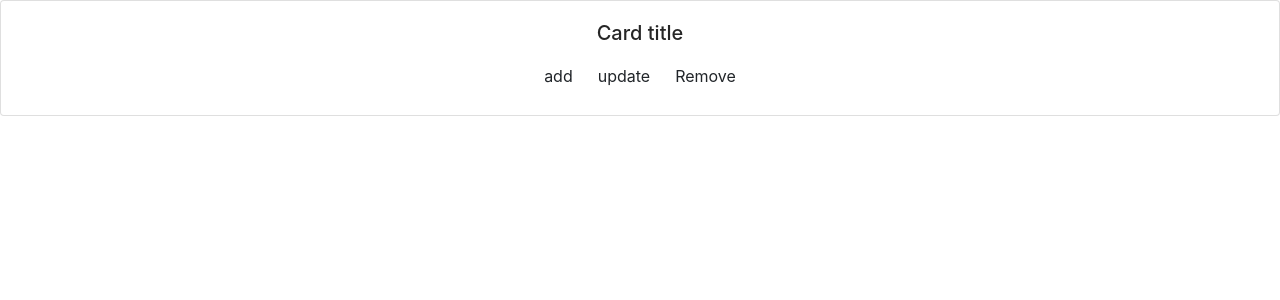
Repository: busiui/react
Page: /
These files come from the project's save history. The page is drawn as it stood at one moment and after the next save; the edit follows.
The browser window is 1280 px wide. The pictures show the whole page.
The project was rebuilt for these pictures with package versions that can differ from the ones it lists, and the page was loaded fresh each time.

Above is the page before, as saved 2020-03-18 20:59:40.

### public/index.html
<!DOCTYPE html>
<html lang="en">

<head>
  <meta charset="utf-8" />
  <link rel="icon" href="%PUBLIC_URL%/favicon.ico" />
  <meta name="viewport" content="width=device-width, initial-scale=1" />
  <meta name="theme-color" content="#000000" />
  <meta name="description" content="Web site created using create-react-app" />
  <link rel="apple-touch-icon" href="%PUBLIC_URL%/logo192.png" />
  <!--
      manifest.json provides metadata used when your web app is installed on a
      user's mobile device or desktop. See https://developers.google.com/web/fundamentals/web-app-manifest/
    -->
  <link rel="manifest" href="%PUBLIC_URL%/manifest.json" />
  <!--
      Notice the use of %PUBLIC_URL% in the tags above.
      It will be replaced with the URL of the `public` folder during the build.
      Only files inside the `public` folder can be referenced from the HTML.

      Unlike "/favicon.ico" or "favicon.ico", "%PUBLIC_URL%/favicon.ico" will
      work correctly both with client-side routing and a non-root public URL.
      Learn how to configure a non-root public URL by running `npm run build`.
    -->
  <title>React App</title>
  <script src="https://cdn.jsdelivr.net/npm/jquery@1.12.4/dist/jquery.min.js"></script>
  <link rel="stylesheet" href="https://cdn.jsdelivr.net/npm/bootstrap@4.4.1/dist/css/bootstrap.min.css" integrity="sha384-Vkoo8x4CGsO3+Hhxv8T/Q5PaXtkKtu6ug5TOeNV6gBiFeWPGFN9MuhOf23Q9Ifjh" crossorigin="anonymous">
  <script src="https://cdn.jsdelivr.net/npm/bootstrap@4.4.1/dist/js/bootstrap.min.js" integrity="sha384-wfSDF2E50Y2D1uUdj0O3uMBJnjuUD4Ih7YwaYd1iqfktj0Uod8GCExl3Og8ifwB6" crossorigin="anonymous"></script>

  <script src="./busiui.js"></script>
</head>

<body>
  <noscript>You need to enable JavaScript to run this app.</noscript>
  <div id="root"></div>
  <!--
      This HTML file is a template.
      If you open it directly in the browser, you will see an empty page.

      You can add webfonts, meta tags, or analytics to this file.
      The build step will place the bundled scripts into the <body> tag.

      To begin the development, run `npm start` or `yarn start`.
      To create a production bundle, use `npm run build` or `yarn build`.
    -->
  <!-- <div class="input-group">
    <span class="input-group-addon" id="basic-addon1">@</span>
    <input type="text" class="form-control" placeholder="Username" aria-describedby="basic-addon1">
  </div> -->
</body>

</html>

### src/index.js
import React from 'react';
import ReactDOM from 'react-dom';
import './index.css';
import App from './App';
import * as serviceWorker from './serviceWorker';
// import { Button, DatePicker, version } from "antd";
import "antd/dist/antd.css";
import "./index.css";

ReactDOM.render(
    <div className="App">
        <App></App>
        {/* <h1>antd version: {version}</h1>
        <DatePicker />
        <Button type="primary" style={{ marginLeft: 8 }}>
            Primary Button
    </Button> */}
    </div>,
    document.getElementById("root")
);

// If you want your app to work offline and load faster, you can change
// unregister() to register() below. Note this comes with some pitfalls.
// Learn more about service workers: https://bit.ly/CRA-PWA
serviceWorker.unregister();

### src/App.js
import React, { Component } from 'react';
// import { Link } from 'react-router-dom';
// import logo from './logo.svg';
import './App.css';
// import 'bootstrap/dist/css/bootstrap.min.css';
// import 'bootstrap/dist/js/bootstrap';

class App extends Component {
  render() {
    return (
      <div class="card">
        <div className="card-body">
        <h5 class="card-title">Card title</h5>
          {/* <div class="input-group">
          <span class="input-group-addon">$</span>
          <input type="text" class="form-control" aria-label="Amount (to the nearest dollar)" />
          <span class="input-group-addon">.00</span>
        </div>
        <div class="btn-group">
          <button type="button" class="btn btn-default dropdown-toggle" data-toggle="dropdown" aria-haspopup="true" aria-expanded="false">
            Action <span class="caret"></span>
          </button>
          <ul class="dropdown-menu">
            <li><a href="#">Action</a></li>
            <li><a href="#">Another action</a></li>
            <li><a href="#">Something else here</a></li>
            <li role="separator" class="divider"></li>
            <li><a href="#">Separated link</a></li>
          </ul>
        </div> */}
          <div class="btn-group" role="group" aria-label="...">
            <button type="button" class="btn btn-default add" >add</button>
            <button type="button" class="btn btn-default update">update</button>
            <button type="button" class="btn btn-default remove">Remove</button>
          </div>
        </div>
        {/* <Link  to="/home"/> */}
      </div>
    );
  }

  componentDidMount() {
    //页面渲染结束后初始化busiUI框架
    if (typeof window['busiUiInit'] === 'function') {
      const card = document.querySelector('.card');
      window['busiUiInit'](card);
    }
  }
}

export default App;

Loaded but not shown: src/index.css (common file); src/serviceWorker.js (common file); src/App.css (common file); public/busiui.js (library)

After the next save:
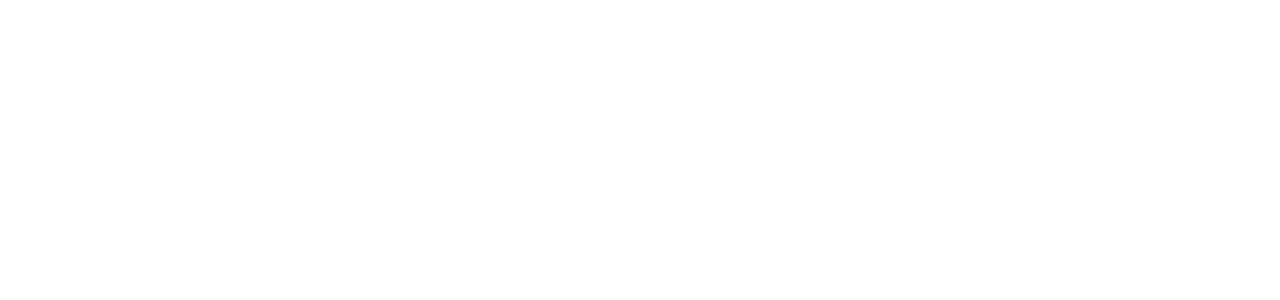
Saved 19 h 52 min later.
--- a/src/index.js
+++ b/src/index.js
@@ -9,7 +9,7 @@
 
 ReactDOM.render(
     <div className="App">
-        <App></App>
+        <custom-square></custom-square>
         {/* <h1>antd version: {version}</h1>
         <DatePicker />
         <Button type="primary" style={{ marginLeft: 8 }}>

After the 2 saves that followed:
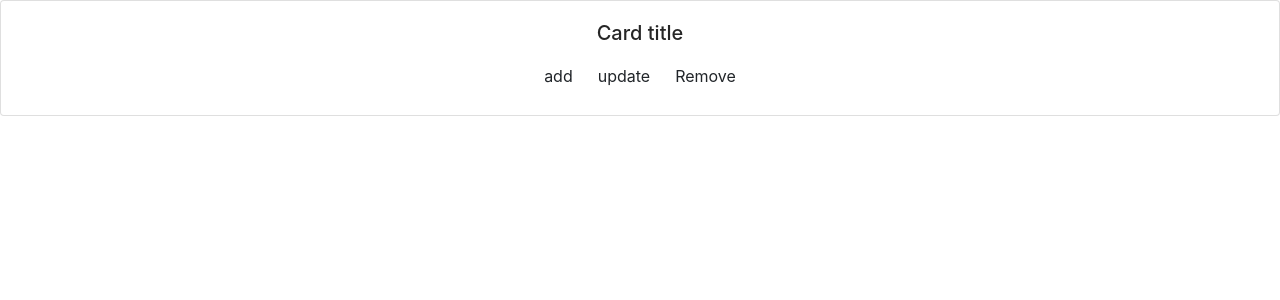
The 2 saves are shown as one change because 1 left the picture as it was.
The last was saved 3 min 18 s later.
--- a/src/index.js
+++ b/src/index.js
@@ -9,7 +9,7 @@
 
 ReactDOM.render(
     <div className="App">
-        <custom-square></custom-square>
+        <App></App>
         {/* <h1>antd version: {version}</h1>
         <DatePicker />
         <Button type="primary" style={{ marginLeft: 8 }}>
